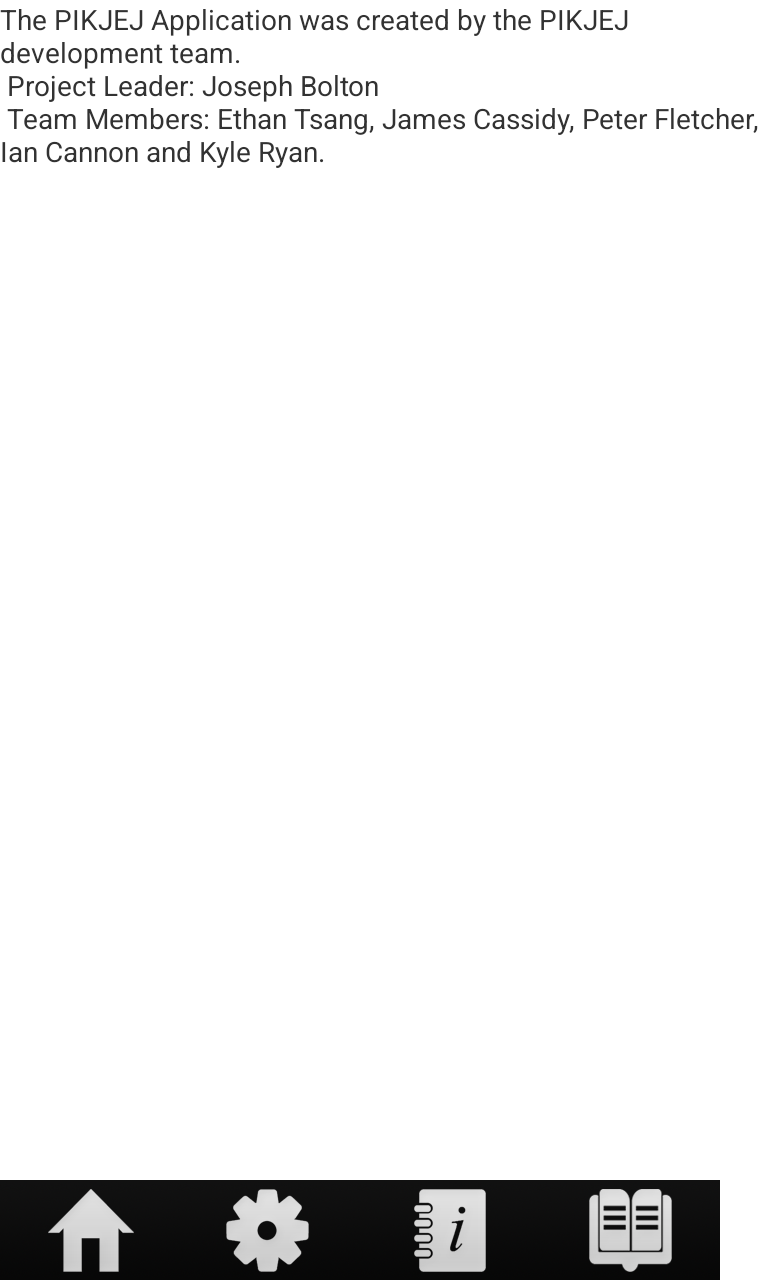
Repository: jo3bolton/PIKJEJ
Layout: PIKJEJ v7/PIKJEJ/res/layout/activity_about.xml
These files come from the project's save history. The layout is drawn as it stood at one moment and after the next save; the edit follows.
It is drawn on a 768 x 1280 px phone screen (xhdpi) without system bars, with theme AppTheme; the app's code is not run.

Above is the layout before, as saved 2013-03-23 13:30:21.

After the next save:
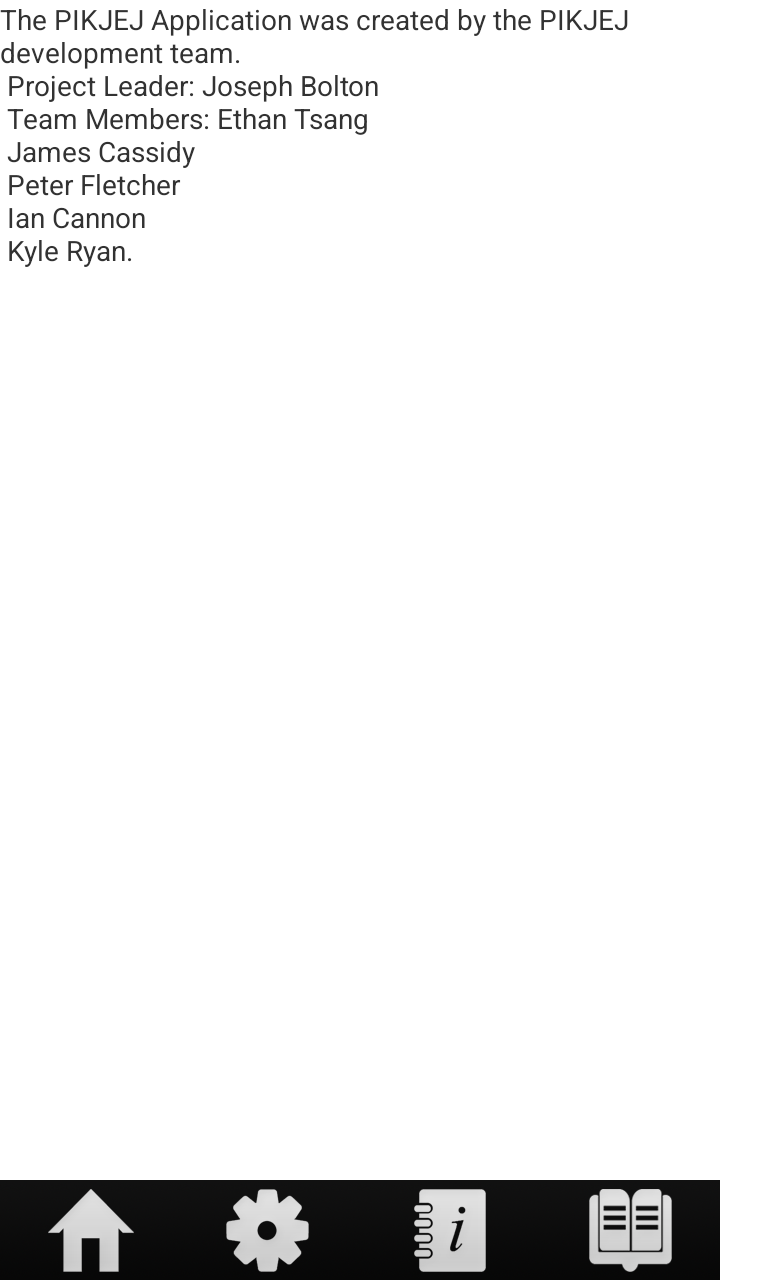
Saved 95 s later.
--- a/PIKJEJ v7/PIKJEJ/res/values/strings.xml
+++ b/PIKJEJ v7/PIKJEJ/res/values/strings.xml
@@ -13,6 +13,6 @@
     <string name="title_activity_terms">Terms</string>
     <string name="title_activity_splash">Splash</string>
     <string name="title_activity_home">Home</string>
-    <string name="page_about">The PIKJEJ Application was created by the PIKJEJ development team. \n Project Leader: Joseph Bolton \n Team Members: Ethan Tsang, James Cassidy, Peter Fletcher, Ian Cannon and Kyle Ryan.</string>
+    <string name="page_about">The PIKJEJ Application was created by the PIKJEJ development team. \n Project Leader: Joseph Bolton \n Team Members: Ethan Tsang \n James Cassidy \n Peter Fletcher \n Ian Cannon \n  Kyle Ryan.</string>
 
 </resources>
